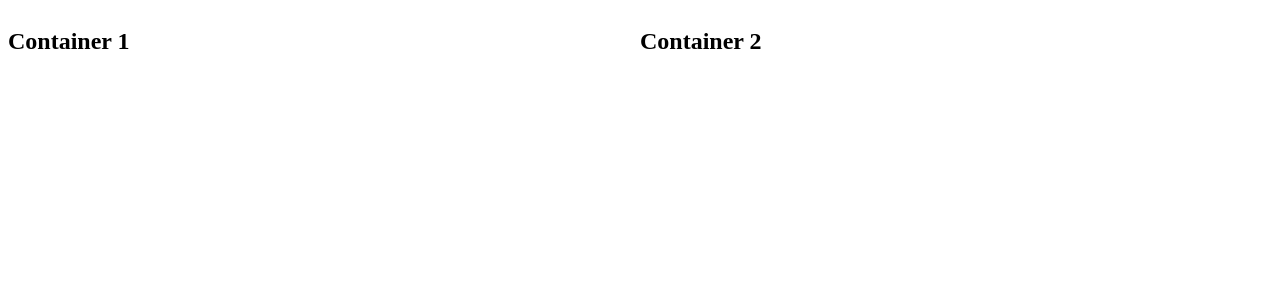
Repository: RohanSai22/harkirat-cohort-learnings
Page: Web/w1_a2.html
An editor plug-in stored every save of this project. The page is shown before and after the next save, followed by the edit.
The browser window is 1280 px wide. The pictures show the whole page.

Above is the page before, as saved 2026-03-24 11:54:20.

### Web/w1_a2.html
<html>
    <head>
        <title>Eleven Labs : Sales Page </title>
    </head>
    <body>
        <div style ="display: flex;">
            <div style="flex:1">
                <h2>Container 1</h2>
            </div>
            <div style="flex:1">
                 <h2>Container 2</h2>
            </div>
        </div>
    </body>
</html>

After the next save:
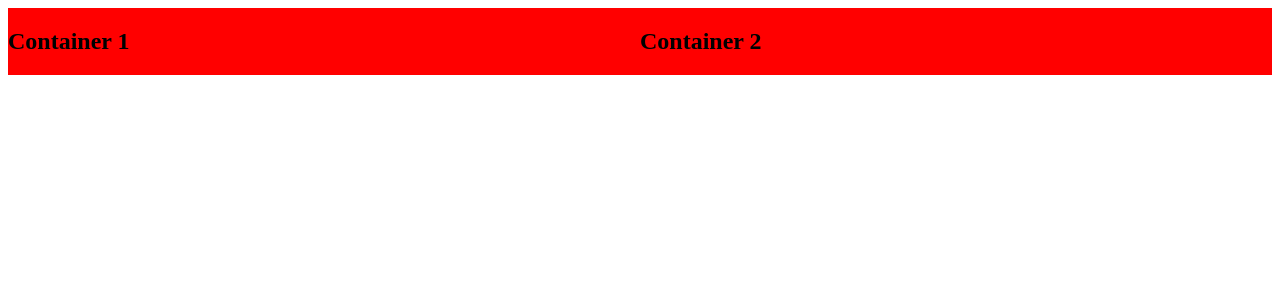
Saved 24 s later.
--- a/Web/w1_a2.html
+++ b/Web/w1_a2.html
@@ -3,7 +3,7 @@
         <title>Eleven Labs : Sales Page </title>
     </head>
     <body>
-        <div style ="display: flex;">
+        <div style ="display: flex; background-color: red;">
             <div style="flex:1">
                 <h2>Container 1</h2>
             </div>
